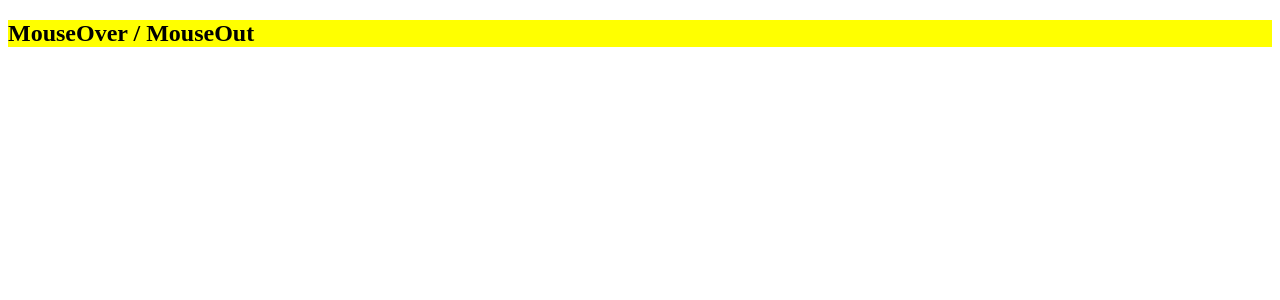
Repository: Dalso13/workspace
Page: workspace_web/chapter04_jQuery/WebContent/Ex04_jQuery_mouse.event.html
The author's editor kept a copy of each file at every save. The page is drawn from the files as they stood at one save, then again after the next save.
The browser window is 1280 px wide. The pictures show the whole page.

Above is the page before, as saved 2023-05-16 04:09:41.

### workspace_web/chapter04_jQuery/WebContent/Ex04_jQuery_mouse.event.html
<!DOCTYPE html>
<html>
<head>
<meta charset="UTF-8">
<title>Insert title here</title>
<script src="js/jquery-3.4.1.js"></script>
<script type="text/javascript">
	$(function() {
		$("#header").mouseover().css({"background-color":"yellow"})
		$("#header").mouseout().css({"background-color":"yellow"})
	})
</script>
</head>
<body>
	<h2 id="header">MouseOver / MouseOut</h2>
</body>
</html>

Loaded but not shown: workspace_web/chapter04_jQuery/WebContent/js/jquery-3.4.1.js (library)

After the next save:
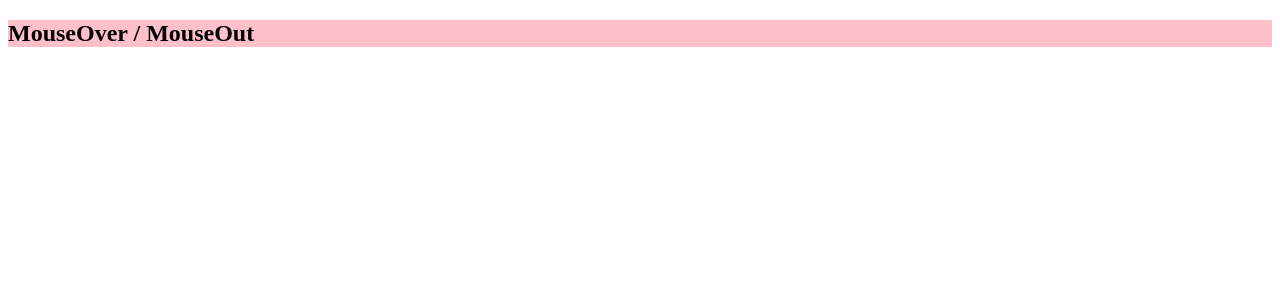
Saved 4 s later.
--- a/workspace_web/chapter04_jQuery/WebContent/Ex04_jQuery_mouse.event.html
+++ b/workspace_web/chapter04_jQuery/WebContent/Ex04_jQuery_mouse.event.html
@@ -7,7 +7,7 @@
 <script type="text/javascript">
 	$(function() {
 		$("#header").mouseover().css({"background-color":"yellow"})
-		$("#header").mouseout().css({"background-color":"yellow"})
+		$("#header").mouseout().css({"background-color":"pink"})
 	})
 </script>
 </head>

After the 2 saves that followed:
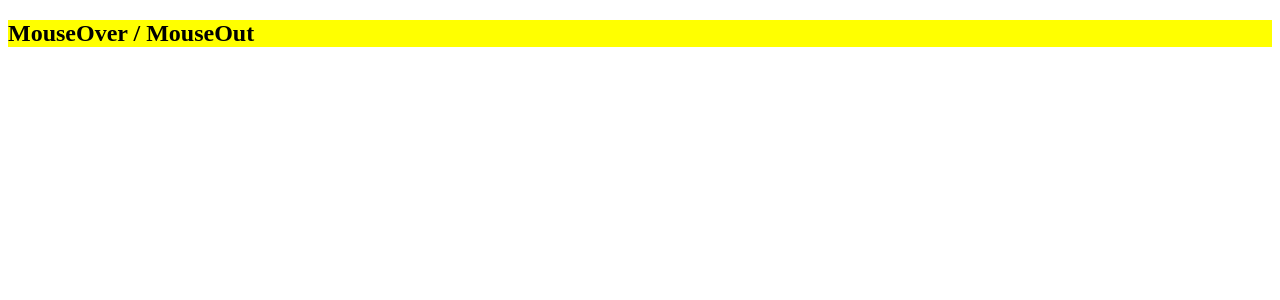
The 2 saves are shown as one change because 1 left the picture as it was.
The last was saved 61 s later.
--- a/workspace_web/chapter04_jQuery/WebContent/Ex04_jQuery_mouse.event.html
+++ b/workspace_web/chapter04_jQuery/WebContent/Ex04_jQuery_mouse.event.html
@@ -7,7 +7,9 @@
 <script type="text/javascript">
 	$(function() {
 		$("#header").mouseover().css({"background-color":"yellow"})
-		$("#header").mouseout().css({"background-color":"pink"})
+		$("#header").mouseout(function () {
+			this.css({"background-color":"pink"})
+		})
 	})
 </script>
 </head>
